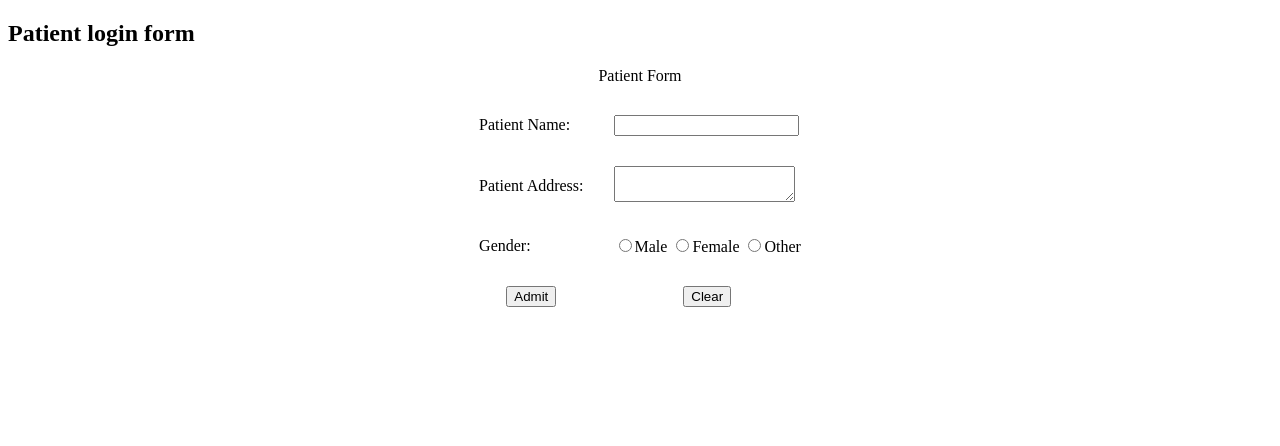
Repository: abhishek110597/Deloitte
Page: Workspace/JavaTraining/patientDetailsForm.html
An editor plug-in stored every save of this project. The page is shown before and after the next save, followed by the edit.
The browser window is 1280 px wide. The pictures show the whole page.

Above is the page before, as saved 2019-12-28 05:49:49.

### Workspace/JavaTraining/patientDetailsForm.html
<!DOCTYPE html>
<html>
<head>
<meta charset="ISO-8859-1">
<title>Patient login form</title>
</head>
<body>
	<form>
		<h2>Patient login form</h2>
		<table cellspacing="10" cellpadding="10" border="0" align="center">
			<caption>Patient Form</caption>
			<tr>
			<tr>
				<td>Patient Name:</td>
				<td><input type="text" name="patientName" id="patientName" /></td>
			</tr>
			<tr>
				<td>Patient Address:</td>
				<td><textarea name="patientAddress" id="patientAddress" row="5"
						column="15">
					</textarea></td>
			</tr>
			<tr>
				<td>Gender:</td>
				<td><input type="radio" value="Male" name="gender" id="male" />Male
					<input type="radio" value="Female" name="gender" id="female" />Female
					<input type="radio" value="Other" name="gender" id="other" />Other</td>
			</tr>
			<tr>
				<td align="center"><input type="submit" value="Admit" id="submit" /></td>
					<td align="center"><input type="reset" value="Clear" id="reset" /></td>
			</tr>
		</table>
	</form>
</body>
</html>

After the next save:
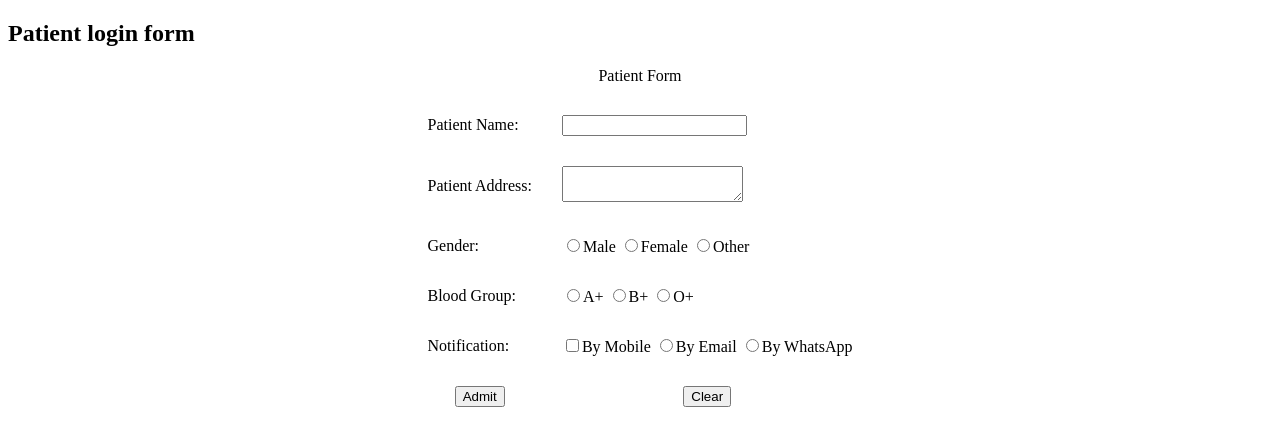
Saved 9 min 4 s later.
--- a/Workspace/JavaTraining/patientDetailsForm.html
+++ b/Workspace/JavaTraining/patientDetailsForm.html
@@ -27,6 +27,18 @@
 					<input type="radio" value="Other" name="gender" id="other" />Other</td>
 			</tr>
 			<tr>
+				<td>Blood Group:</td>
+				<td><input type="radio" value="A+" name="BG" id="bg1" />A+
+					<input type="radio" value="B+" name="BG" id="bg2" />B+
+					<input type="radio" value="O+" name="BG" id="bg3" />O+</td>
+			</tr>
+			<tr>
+				<td>Notification:</td>
+				<td><input type="checkbox" value="byMobile" name="notification" id="mobile" />By Mobile
+					<input type="radio" value="byEmail" name="notification" id="email" />By Email
+					<input type="radio" value="byWhatsapp" name="notification" id="notification" />By WhatsApp</td>
+			</tr>
+			<tr>
 				<td align="center"><input type="submit" value="Admit" id="submit" /></td>
 					<td align="center"><input type="reset" value="Clear" id="reset" /></td>
 			</tr>
